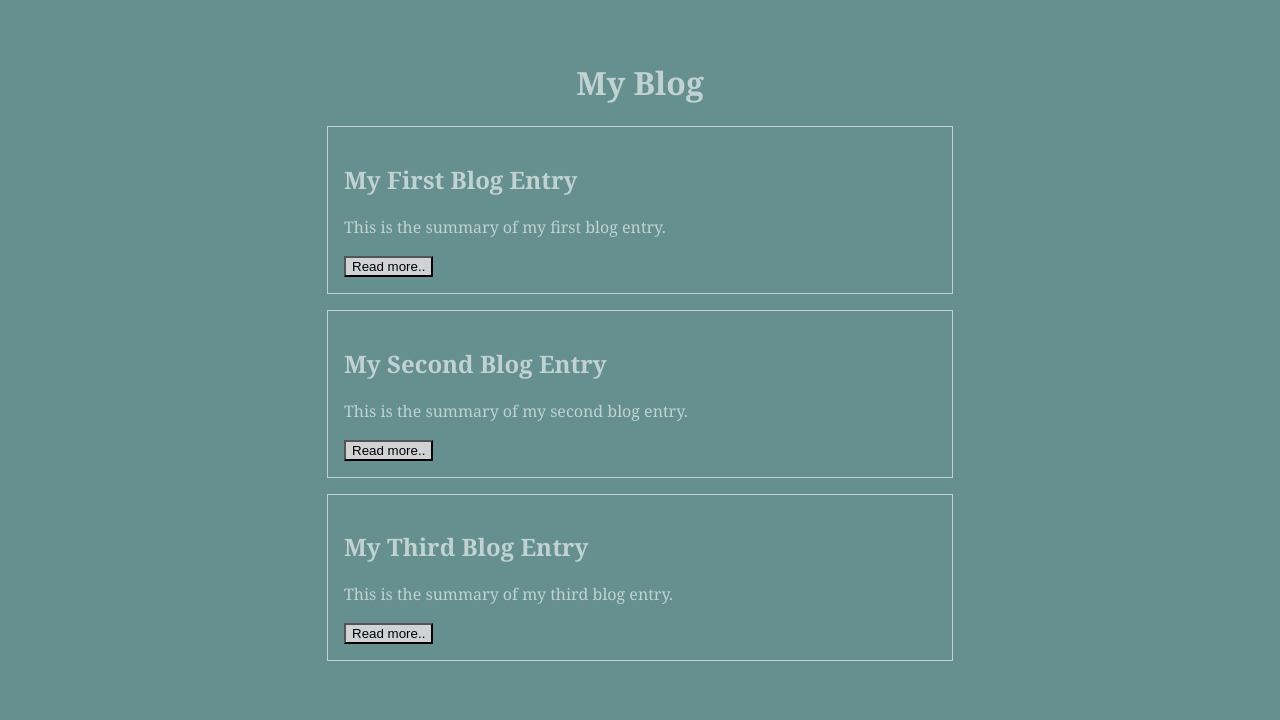
Repository: deniseada/class1
Page: /
An editor plug-in stored every save of this project. The page is shown before and after a run of saves, followed by the edit.
The browser window is 1280 px wide. The pictures show the whole page.
The project was rebuilt for these pictures with package versions that can differ from the ones it lists, and the page was loaded fresh each time. Also part of the build but not shown: vite.config.js.

Above is the page before, as saved 2025-09-10 14:05:44.

After the next 3 saves:
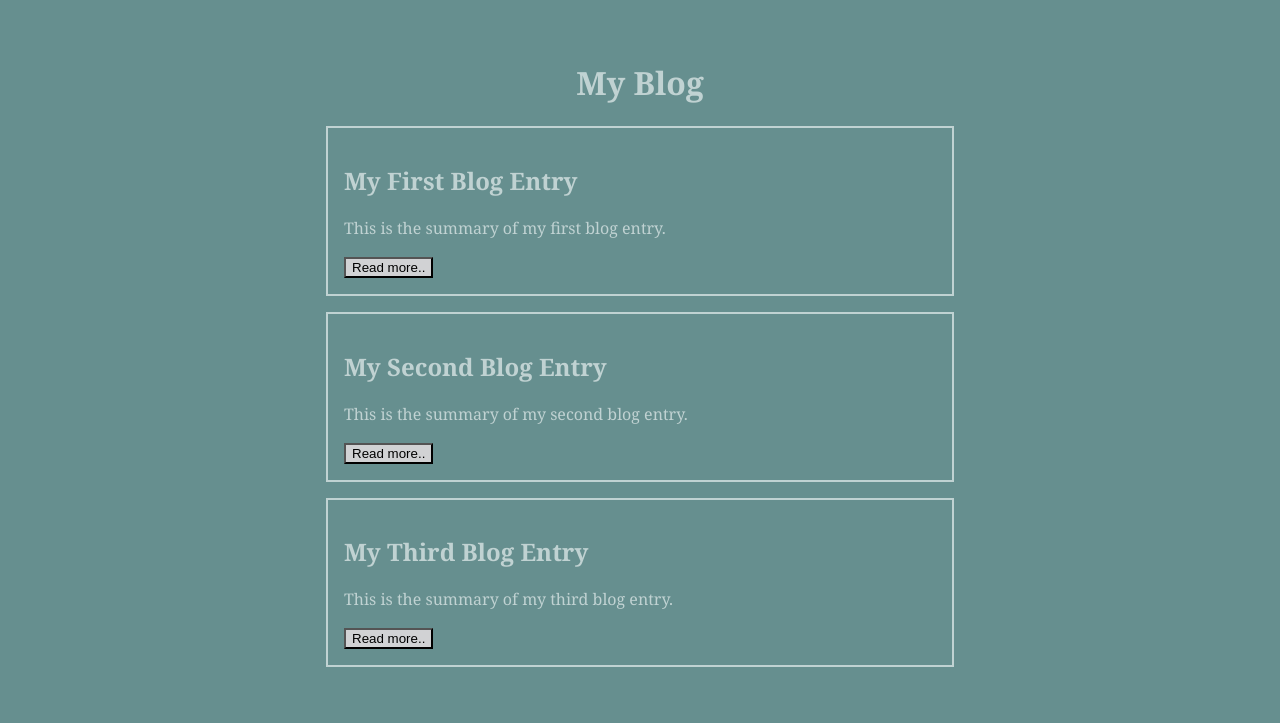
The 3 saves are shown as one change because they came seconds apart.
The last was saved 10 s later.
--- a/src/index.css
+++ b/src/index.css
@@ -17,5 +17,5 @@ button {
   margin: 1em auto;
   width: 50%;
   padding: 1em;
-  border: 1px solid;
+  border: 2px solid;
 }
